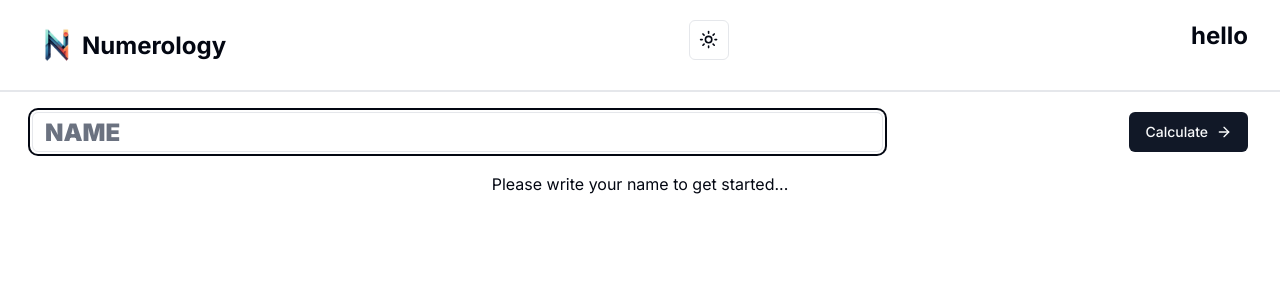
Repository: RaghunadhSahitDruvam/mynumerology
Page: /
The author's editor kept a copy of each file at every save. The page is drawn from the files as they stood at one save, then again after the next save.
The browser window is 1280 px wide. The pictures show the whole page.
The project was rebuilt for these pictures with package versions that can differ from the ones it lists, and the page was loaded fresh each time. The framework's server and built-in components were replaced by stand-ins that run in the browser. Also part of the build but not shown: next.config.js, components/ui/alert-dialog.tsx.

Above is the page before, as saved 2023-12-21 08:00:07.

### app/layout.tsx
import type { Metadata } from "next";
import { Inter } from "next/font/google";
import "./globals.css";
import { ThemeProvider } from "@/components/theme-provider";

const inter = Inter({ subsets: ["latin"] });

export const metadata: Metadata = {
  title: "Numerology",
  description: "Officially designed by ⭐ Raghunadh ⭐",
};

export default function RootLayout({
  children,
}: {
  children: React.ReactNode;
}) {
  return (
    <html lang="en">
      <body className={inter.className}>
        {" "}
        <ThemeProvider
          attribute="class"
          defaultTheme="system"
          enableSystem
          disableTransitionOnChange
        >
          {children}
          {/* <Toaster /> */}
        </ThemeProvider>
      </body>
    </html>
  );
}

### app/page.tsx
// @ts-nocheck
"use client";
import React, { useEffect, useRef, useState } from "react";
import { Input } from "@/components/ui/input";
import { ToastContainer, toast } from "react-toastify";
import "react-toastify/dist/ReactToastify.css";

import { Button } from "@/components/ui/button";
import { ArrowRight } from "lucide-react";
import axios from "axios";
import Header from "@/components/header";
import { useRouter, useSearchParams } from "next/navigation";
import Link from "next/link";
import {
  AlertDialog,
  AlertDialogAction,
  AlertDialogCancel,
  AlertDialogContent,
  AlertDialogDescription,
  AlertDialogFooter,
  AlertDialogHeader,
  AlertDialogTitle,
  AlertDialogTrigger,
} from "@/components/ui/alert-dialog";

interface DataSource {
  name_g2_block?: string;
  name_g3_block?: string;
  g2tot?: number;
  g2vtot?: number;
  g2nettot?: number;
  g3tot?: number;
  g3vtot?: number;
  g3nettot?: number;
  tot_letters?: number;
}

const Page: React.FC = () => {
  let [textName, setTextName] = useState<string>("");
  const [dataSource, setDataSource] = useState<DataSource | null>(null);
  const [loading, setLoading] = useState<boolean>(false);
  const searchParams = useSearchParams();
  let search = searchParams.get("name");
  const router = useRouter();
  const saveHandler = async (dataSource: DataSource) => {
    setLoading(true);
    await axios
      .post("/api/save", {
        chaldean: dataSource.name_g2_block,
        pythogorous: dataSource.name_g3_block,
        tot_letters: dataSource.tot_letters,
        g2tot: dataSource.g2tot,
        g3tot: dataSource.g3tot,
        g2vtot: dataSource.g2vtot,
        g3vtot: dataSource.g3vtot,
        g2nettot: dataSource.g2nettot,
        g3nettot: dataSource.g3nettot,
      })
      .then((res) => {
        setLoading(false);
        toast.success("Name successfully added to Database ⭐!");
      })
      .catch((err) => toast.error(err));
  };

  useEffect(() => {
    // Set initial value only if it's different from the current state
    if (search !== null && search !== textName) {
      setTextName(search);
    }
  }, [search, textName]);

  const inputFocusRef = useRef(null);
  const buttonRef = useRef(null);
  useEffect(() => {
    inputFocusRef.current.focus();
    if (search !== null) {
      if (buttonRef.current) {
        buttonRef.current.click();
      }
    }
  }, []);
  const submitHandler = (e: React.FormEvent<HTMLFormElement>) => {
    e.preventDefault();
    axios
      .get(`https://phinzi.com/convert?name=${textName}`)
      .then((res) => setDataSource(res.data));
  };

  const updateURL = (newTextName: string) => {
    // Update the URL without a page reload
    router.push(
      `?name=${encodeURIComponent(
        newTextName
          .replaceAll(".", "")
          .replaceAll(",", "")
          .replaceAll("-", " ")
          .replaceAll(";", "")
          .replaceAll("(", "")
          .replaceAll(")", "")
          .replaceAll("  ", " ")
      )}`
    );
  };

  return loading ? (
    <div className="flex items-center justify-center h-screen bg-gray-100">
      <div className="animate-spin h-12 w-12 border-t-2 border-b-2 border-gray-900 rounded-full" />
    </div>
  ) : (
    <div className="">
      <Header />

      <div>
        <form
          className="container gap flex justify-between"
          onSubmit={(e) => submitHandler(e)}
        >
          <Input
            type="text"
            placeholder="Name"
            className="w-[70%]"
            value={textName}
            ref={inputFocusRef}
            onChange={(e) => {
              const newValue = e.target.value;
              setTextName(newValue);
              updateURL(newValue); // Update the URL when input changes
            }}
          />

          <Button type="submit" ref={buttonRef}>
            Calculate <ArrowRight className="ml-2 h-4 w-4" />
          </Button>
        </form>
      </div>
      {dataSource ? (
        <>
          <div className="container mt-[30px] flex items-start justify-start">
            <table
              border={2}
              className="border-4dark:border-white border-yellow-600"
            >
              <thead className="border-4 dark:border-white border-yellow-600 p-[20px]">
                <tr className="border-4 dark:border-white border-yellow-600">
                  <th className="border-4 dark:border-white border-yellow-600 bg-green-600 text-white  text-2xl font-[900]">
                    Grp.
                  </th>
                  <th className="border-4 dark:border-white border-yellow-600 bg-green-600 text-white  text-2xl font-[900]">
                    Name
                  </th>
                  <th className="border-4 dark:border-white border-yellow-600 bg-green-600 text-white  text-2xl font-[900]">
                    Total
                  </th>
                  <th className="border-4  dark:border-white border-yellow-600 bg-green-600 text-white  text-2xl font-[900]">
                    V
                  </th>
                  <th className="border-4px-[10px]  dark:border-white border-yellow-600 bg-green-600 text-white  text-2xl font-[900] text-2xl">
                    C
                  </th>
                </tr>
              </thead>
              <tbody className="border-4 dark:border-white border-yellow-600 text-[#960084] font-[900]">
                <tr className="border-4 dark:border-white border-yellow-600">
                  <td className="border-4 dark:border-white border-yellow-600 bg-green-600 text-white  text-2xl ">
                    C
                  </td>
                  <td className=" border-4 dark:border-white border-yellow-600 ">
                    <table
                      className=" table-padding text-2xl"
                      dangerouslySetInnerHTML={{
                        __html:
                          typeof dataSource !== "undefined" &&
                          dataSource?.name_g2_block,
                      }}
                    ></table>
                  </td>

                  <td className="border-4 dark:border-white border-yellow-600 text-2xl bg-green-600 text-white ">
                    {dataSource?.g2tot}
                  </td>
                  <td className="border-4 dark:border-white border-yellow-600 text-2xl bg-green-600 text-white ">
                    {" "}
                    {dataSource?.g2vtot}
                  </td>
                  <td className="border-4 dark:border-white border-yellow-600 text-2xl bg-green-600 text-white ">
                    {" "}
                    {dataSource?.g2nettot}
                  </td>
                </tr>
                <tr className="border-4 dark:border-white border-yellow-600">
                  <td className="border-4 dark:border-white border-yellow-600 bg-green-600 text-white  text-2xl ">
                    P
                  </td>
                  <td className=" border-4 dark:border-white border-yellow-600">
                    <table
                      className=" table-padding text-2xl"
                      dangerouslySetInnerHTML={{
                        __html:
                          typeof dataSource !== "undefined" &&
                          dataSource?.name_g3_block,
                      }}
                    ></table>
                  </td>

                  <td className="border-4 dark:border-white border-yellow-600 text-2xl bg-green-600 text-white ">
                    {dataSource?.g3tot}
                  </td>
                  <td className="border-4 dark:border-white border-yellow-600 text-2xl bg-green-600 text-white ">
                    {" "}
                    {dataSource?.g3vtot}
                  </td>
                  <td className="border-4 dark:border-white border-yellow-600 text-2xl bg-green-600 text-white ">
                    {" "}
                    {dataSource?.g3nettot}
                  </td>
                </tr>
              </tbody>
            </table>
          </div>
          <div className="container flex  items-start mt-[10px] justify-between">
            {" "}
            <span className="text-green-600  text-2xl font-[900]">
              Total Letters - {dataSource?.tot_letters}
            </span>
            <div className="">
              {/* <Button variant={"default"} className="mr-[10px]"> */}
              <AlertDialog>
                <AlertDialogTrigger>
                  <Button variant={"default"} className="mr-[10px]">
                    Save
                  </Button>
                </AlertDialogTrigger>
                <AlertDialogContent>
                  <AlertDialogHeader>
                    <AlertDialogTitle>
                      Are you absolutely sure?
                    </AlertDialogTitle>
                    <AlertDialogDescription>
                      Do you want to save this name -{" "}
                      <b>{textName.toUpperCase()}</b> ?
                    </AlertDialogDescription>
                  </AlertDialogHeader>
                  <AlertDialogFooter>
                    <AlertDialogCancel>Cancel</AlertDialogCancel>
                    <AlertDialogAction onClick={() => saveHandler(dataSource)}>
                      Continue
                    </AlertDialogAction>
                  </AlertDialogFooter>
                </AlertDialogContent>
              </AlertDialog>
              {/* </Button> */}
              <Link href={"/"}>
                <Button
                  variant={"destructive"}
                  onClick={() => {
                    setTextName(null);
                    setDataSource(null);
                  }}
                >
                  Cancel
                </Button>
              </Link>
            </div>
          </div>
        </>
      ) : (
        <>
          <div className="container flex justify-center align-middle">
            <h1>Please write your name to get started...</h1>
          </div>
        </>
      )}
      <ToastContainer
        position="top-right"
        autoClose={5000}
        hideProgressBar={false}
        newestOnTop={false}
        closeOnClick
        rtl={false}
        pauseOnFocusLoss
        draggable
        pauseOnHover
        theme="colored"
      />
    </div>
  );
};

export default Page;

### app/globals.css
@tailwind base;
@tailwind components;
@tailwind utilities;

@layer base {
  :root {
    --background: 0 0% 100%;
    --foreground: 224 71.4% 4.1%;

    --card: 0 0% 100%;
    --card-foreground: 224 71.4% 4.1%;

    --popover: 0 0% 100%;
    --popover-foreground: 224 71.4% 4.1%;

    --primary: 220.9 39.3% 11%;
    --primary-foreground: 210 20% 98%;

    --secondary: 220 14.3% 95.9%;
    --secondary-foreground: 220.9 39.3% 11%;

    --muted: 220 14.3% 95.9%;
    --muted-foreground: 220 8.9% 46.1%;

    --accent: 220 14.3% 95.9%;
    --accent-foreground: 220.9 39.3% 11%;

    --destructive: 0 84.2% 60.2%;
    --destructive-foreground: 210 20% 98%;

    --border: 220 13% 91%;
    --input: 220 13% 91%;
    --ring: 224 71.4% 4.1%;

    --radius: 0.5rem;
  }

  .dark {
    --background: 224 71.4% 4.1%;
    --foreground: 210 20% 98%;

    --card: 224 71.4% 4.1%;
    --card-foreground: 210 20% 98%;

    --popover: 224 71.4% 4.1%;
    --popover-foreground: 210 20% 98%;

    --primary: 210 20% 98%;
    --primary-foreground: 220.9 39.3% 11%;

    --secondary: 215 27.9% 16.9%;
    --secondary-foreground: 210 20% 98%;

    --muted: 215 27.9% 16.9%;
    --muted-foreground: 217.9 10.6% 64.9%;

    --accent: 215 27.9% 16.9%;
    --accent-foreground: 210 20% 98%;

    --destructive: 0 62.8% 30.6%;
    --destructive-foreground: 210 20% 98%;

    --border: 215 27.9% 16.9%;
    --input: 215 27.9% 16.9%;
    --ring: 216 12.2% 83.9%;
  }
}

@layer base {
  * {
    @apply border-border;
  }
  body {
    @apply bg-background text-foreground;
  }
  .container {
    @apply mx-[50px];
  }
  .mainHeading {
    @apply text-2xl font-bold;
  }
  .gap {
    @apply my-[20px];
  }
  .table-padding tbody > tr > td {
    @apply px-[15px];
  }
}

### components/ui/input.tsx
import * as React from "react";

import { cn } from "@/lib/utils";

export interface InputProps
  extends React.InputHTMLAttributes<HTMLInputElement> {}

const Input = React.forwardRef<HTMLInputElement, InputProps>(
  ({ className, type, ...props }, ref) => {
    return (
      <input
        type={type}
        className={cn(
          "flex h-10 w-full rounded-md border border-pink-600 border-input uppercase text-2xl bg-background text-blue-600 font-[1000] px-3 py-2  ring-offset-background file:border-0 file:bg-transparent file:text-sm file:font-medium placeholder:text-muted-foreground focus-visible:outline-none focus-visible:ring-2 focus-visible:ring-ring focus-visible:ring-offset-2 foc disabled:cursor-not-allowed disabled:opacity-50",
          className
        )}
        ref={ref}
        {...props}
      />
    );
  }
);
Input.displayName = "Input";

export { Input };

### components/ui/button.tsx
import * as React from "react"
import { Slot } from "@radix-ui/react-slot"
import { cva, type VariantProps } from "class-variance-authority"

import { cn } from "@/lib/utils"

const buttonVariants = cva(
  "inline-flex items-center justify-center rounded-md text-sm font-medium ring-offset-background transition-colors focus-visible:outline-none focus-visible:ring-2 focus-visible:ring-ring focus-visible:ring-offset-2 disabled:pointer-events-none disabled:opacity-50",
  {
    variants: {
      variant: {
        default: "bg-primary text-primary-foreground hover:bg-primary/90",
        destructive:
          "bg-destructive text-destructive-foreground hover:bg-destructive/90",
        outline:
          "border border-input bg-background hover:bg-accent hover:text-accent-foreground",
        secondary:
          "bg-secondary text-secondary-foreground hover:bg-secondary/80",
        ghost: "hover:bg-accent hover:text-accent-foreground",
        link: "text-primary underline-offset-4 hover:underline",
      },
      size: {
        default: "h-10 px-4 py-2",
        sm: "h-9 rounded-md px-3",
        lg: "h-11 rounded-md px-8",
        icon: "h-10 w-10",
      },
    },
    defaultVariants: {
      variant: "default",
      size: "default",
    },
  }
)

export interface ButtonProps
  extends React.ButtonHTMLAttributes<HTMLButtonElement>,
    VariantProps<typeof buttonVariants> {
  asChild?: boolean
}

const Button = React.forwardRef<HTMLButtonElement, ButtonProps>(
  ({ className, variant, size, asChild = false, ...props }, ref) => {
    const Comp = asChild ? Slot : "button"
    return (
      <Comp
        className={cn(buttonVariants({ variant, size, className }))}
        ref={ref}
        {...props}
      />
    )
  }
)
Button.displayName = "Button"

export { Button, buttonVariants }

### components/header.tsx
import React from "react";
import { ModeToggle } from "./mode";
import Link from "next/link";
import Image from "next/image";

const Header = () => {
  return (
    <div className={``}>
      <div className="flex my-[20px] mainHeading justify-between  container ">
        <Link href={"/"} className="flex align-middle text-center ">
          <Image src={"/images/logo.png"} alt="logo" height={50} width={50} />
          <span className="mt-[10px]">Numerology</span>
        </Link>
        <ModeToggle />
        <h1>hello</h1>
      </div>
      <div className="border-b-2"></div>
    </div>
  );
};

export default Header;

### components/mode.tsx
"use client";

import * as React from "react";
import { Moon, Sun } from "lucide-react";
import { useTheme } from "next-themes";

import { Button } from "@/components/ui/button";
import {
  DropdownMenu,
  DropdownMenuContent,
  DropdownMenuItem,
  DropdownMenuTrigger,
} from "@/components/ui/dropdown-menu";

export function ModeToggle() {
  const { setTheme } = useTheme();

  return (
    <DropdownMenu>
      <DropdownMenuTrigger asChild>
        <Button variant="outline" size="icon">
          <Sun className="h-[1.2rem] w-[1.2rem] rotate-0 scale-100 transition-all dark:-rotate-90 dark:scale-0" />
          <Moon className="absolute h-[1.2rem] w-[1.2rem] rotate-90 scale-0 transition-all dark:rotate-0 dark:scale-100" />
          <span className="sr-only">Toggle theme</span>
        </Button>
      </DropdownMenuTrigger>
      <DropdownMenuContent align="end">
        <DropdownMenuItem onClick={() => setTheme("light")}>
          Light
        </DropdownMenuItem>
        <DropdownMenuItem onClick={() => setTheme("dark")}>
          Dark
        </DropdownMenuItem>
        <DropdownMenuItem onClick={() => setTheme("system")}>
          System
        </DropdownMenuItem>
      </DropdownMenuContent>
    </DropdownMenu>
  );
}

### components/ui/dropdown-menu.tsx
import * as React from "react"
import * as DropdownMenuPrimitive from "@radix-ui/react-dropdown-menu"
import { Check, ChevronRight, Circle } from "lucide-react"

import { cn } from "@/lib/utils"

const DropdownMenu = DropdownMenuPrimitive.Root

const DropdownMenuTrigger = DropdownMenuPrimitive.Trigger

const DropdownMenuGroup = DropdownMenuPrimitive.Group

const DropdownMenuPortal = DropdownMenuPrimitive.Portal

const DropdownMenuSub = DropdownMenuPrimitive.Sub

const DropdownMenuRadioGroup = DropdownMenuPrimitive.RadioGroup

const DropdownMenuSubTrigger = React.forwardRef<
  React.ElementRef<typeof DropdownMenuPrimitive.SubTrigger>,
  React.ComponentPropsWithoutRef<typeof DropdownMenuPrimitive.SubTrigger> & {
    inset?: boolean
  }
>(({ className, inset, children, ...props }, ref) => (
  <DropdownMenuPrimitive.SubTrigger
    ref={ref}
    className={cn(
      "flex cursor-default select-none items-center rounded-sm px-2 py-1.5 text-sm outline-none focus:bg-accent data-[state=open]:bg-accent",
      inset && "pl-8",
      className
    )}
    {...props}
  >
    {children}
    <ChevronRight className="ml-auto h-4 w-4" />
  </DropdownMenuPrimitive.SubTrigger>
))
DropdownMenuSubTrigger.displayName =
  DropdownMenuPrimitive.SubTrigger.displayName

const DropdownMenuSubContent = React.forwardRef<
  React.ElementRef<typeof DropdownMenuPrimitive.SubContent>,
  React.ComponentPropsWithoutRef<typeof DropdownMenuPrimitive.SubContent>
>(({ className, ...props }, ref) => (
  <DropdownMenuPrimitive.SubContent
    ref={ref}
    className={cn(
      "z-50 min-w-[8rem] overflow-hidden rounded-md border bg-popover p-1 text-popover-foreground shadow-lg data-[state=open]:animate-in data-[state=closed]:animate-out data-[state=closed]:fade-out-0 data-[state=open]:fade-in-0 data-[state=closed]:zoom-out-95 data-[state=open]:zoom-in-95 data-[side=bottom]:slide-in-from-top-2 data-[side=left]:slide-in-from-right-2 data-[side=right]:slide-in-from-left-2 data-[side=top]:slide-in-from-bottom-2",
      className
    )}
    {...props}
  />
))
DropdownMenuSubContent.displayName =
  DropdownMenuPrimitive.SubContent.displayName

const DropdownMenuContent = React.forwardRef<
  React.ElementRef<typeof DropdownMenuPrimitive.Content>,
  React.ComponentPropsWithoutRef<typeof DropdownMenuPrimitive.Content>
>(({ className, sideOffset = 4, ...props }, ref) => (
  <DropdownMenuPrimitive.Portal>
    <DropdownMenuPrimitive.Content
      ref={ref}
      sideOffset={sideOffset}
      className={cn(
        "z-50 min-w-[8rem] overflow-hidden rounded-md border bg-popover p-1 text-popover-foreground shadow-md data-[state=open]:animate-in data-[state=closed]:animate-out data-[state=closed]:fade-out-0 data-[state=open]:fade-in-0 data-[state=closed]:zoom-out-95 data-[state=open]:zoom-in-95 data-[side=bottom]:slide-in-from-top-2 data-[side=left]:slide-in-from-right-2 data-[side=right]:slide-in-from-left-2 data-[side=top]:slide-in-from-bottom-2",
        className
      )}
      {...props}
    />
  </DropdownMenuPrimitive.Portal>
))
DropdownMenuContent.displayName = DropdownMenuPrimitive.Content.displayName

const DropdownMenuItem = React.forwardRef<
  React.ElementRef<typeof DropdownMenuPrimitive.Item>,
  React.ComponentPropsWithoutRef<typeof DropdownMenuPrimitive.Item> & {
    inset?: boolean
  }
>(({ className, inset, ...props }, ref) => (
  <DropdownMenuPrimitive.Item
    ref={ref}
    className={cn(
      "relative flex cursor-default select-none items-center rounded-sm px-2 py-1.5 text-sm outline-none transition-colors focus:bg-accent focus:text-accent-foreground data-[disabled]:pointer-events-none data-[disabled]:opacity-50",
      inset && "pl-8",
      className
    )}
    {...props}
  />
))
DropdownMenuItem.displayName = DropdownMenuPrimitive.Item.displayName

const DropdownMenuCheckboxItem = React.forwardRef<
  React.ElementRef<typeof DropdownMenuPrimitive.CheckboxItem>,
  React.ComponentPropsWithoutRef<typeof DropdownMenuPrimitive.CheckboxItem>
>(({ className, children, checked, ...props }, ref) => (
  <DropdownMenuPrimitive.CheckboxItem
    ref={ref}
    className={cn(
      "relative flex cursor-default select-none items-center rounded-sm py-1.5 pl-8 pr-2 text-sm outline-none transition-colors focus:bg-accent focus:text-accent-foreground data-[disabled]:pointer-events-none data-[disabled]:opacity-50",
      className
    )}
    checked={checked}
    {...props}
  >
    <span className="absolute left-2 flex h-3.5 w-3.5 items-center justify-center">
      <DropdownMenuPrimitive.ItemIndicator>
        <Check className="h-4 w-4" />
      </DropdownMenuPrimitive.ItemIndicator>
    </span>
    {children}
  </DropdownMenuPrimitive.CheckboxItem>
))
DropdownMenuCheckboxItem.displayName =
  DropdownMenuPrimitive.CheckboxItem.displayName

const DropdownMenuRadioItem = React.forwardRef<
  React.ElementRef<typeof DropdownMenuPrimitive.RadioItem>,
  React.ComponentPropsWithoutRef<typeof DropdownMenuPrimitive.RadioItem>
>(({ className, children, ...props }, ref) => (
  <DropdownMenuPrimitive.RadioItem
    ref={ref}
    className={cn(
      "relative flex cursor-default select-none items-center rounded-sm py-1.5 pl-8 pr-2 text-sm outline-none transition-colors focus:bg-accent focus:text-accent-foreground data-[disabled]:pointer-events-none data-[disabled]:opacity-50",
      className
    )}
    {...props}
  >
    <span className="absolute left-2 flex h-3.5 w-3.5 items-center justify-center">
      <DropdownMenuPrimitive.ItemIndicator>
        <Circle className="h-2 w-2 fill-current" />
      </DropdownMenuPrimitive.ItemIndicator>
    </span>
    {children}
  </DropdownMenuPrimitive.RadioItem>
))
DropdownMenuRadioItem.displayName = DropdownMenuPrimitive.RadioItem.displayName

const DropdownMenuLabel = React.forwardRef<
  React.ElementRef<typeof DropdownMenuPrimitive.Label>,
  React.ComponentPropsWithoutRef<typeof DropdownMenuPrimitive.Label> & {
    inset?: boolean
  }
>(({ className, inset, ...props }, ref) => (
  <DropdownMenuPrimitive.Label
    ref={ref}
    className={cn(
      "px-2 py-1.5 text-sm font-semibold",
      inset && "pl-8",
      className
    )}
    {...props}
  />
))
DropdownMenuLabel.displayName = DropdownMenuPrimitive.Label.displayName

const DropdownMenuSeparator = React.forwardRef<
  React.ElementRef<typeof DropdownMenuPrimitive.Separator>,
  React.ComponentPropsWithoutRef<typeof DropdownMenuPrimitive.Separator>
>(({ className, ...props }, ref) => (
  <DropdownMenuPrimitive.Separator
    ref={ref}
    className={cn("-mx-1 my-1 h-px bg-muted", className)}
    {...props}
  />
))
DropdownMenuSeparator.displayName = DropdownMenuPrimitive.Separator.displayName

const DropdownMenuShortcut = ({
  className,
  ...props
}: React.HTMLAttributes<HTMLSpanElement>) => {
  return (
    <span
      className={cn("ml-auto text-xs tracking-widest opacity-60", className)}
      {...props}
    />
  )
}
DropdownMenuShortcut.displayName = "DropdownMenuShortcut"

export {
  DropdownMenu,
  DropdownMenuTrigger,
  DropdownMenuContent,
  DropdownMenuItem,
  DropdownMenuCheckboxItem,
  DropdownMenuRadioItem,
  DropdownMenuLabel,
  DropdownMenuSeparator,
  DropdownMenuShortcut,
  DropdownMenuGroup,
  DropdownMenuPortal,
  DropdownMenuSub,
  DropdownMenuSubContent,
  DropdownMenuSubTrigger,
  DropdownMenuRadioGroup,
}

Loaded but not shown: components/theme-provider.tsx (common file); lib/utils.ts (common file); tailwind.config.js (common file)

After the next save:
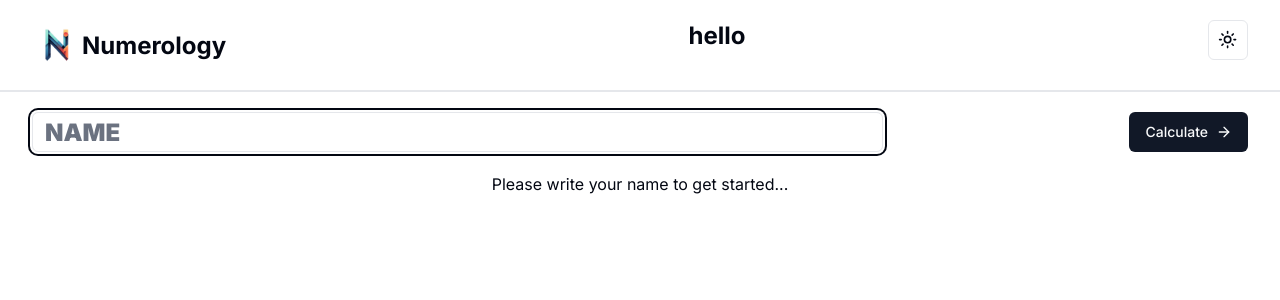
Saved 23 s later.
--- a/components/header.tsx
+++ b/components/header.tsx
@@ -11,8 +11,8 @@ const Header = () => {
           <Image src={"/images/logo.png"} alt="logo" height={50} width={50} />
           <span className="mt-[10px]">Numerology</span>
         </Link>
+        <h1>hello</h1>
         <ModeToggle />
-        <h1>hello</h1>
       </div>
       <div className="border-b-2"></div>
     </div>
